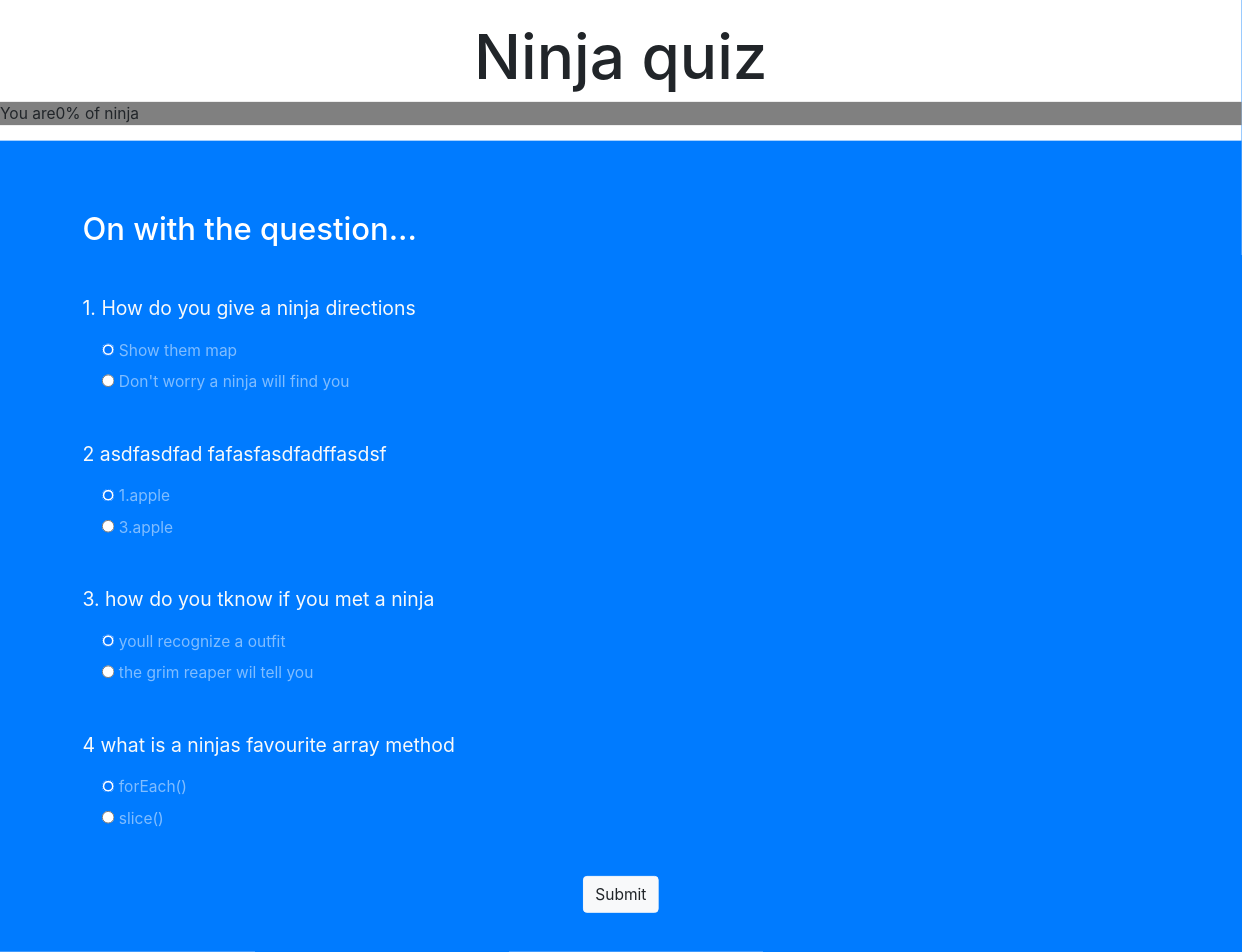
Repository: ajgors/config
Page: Nauka Js/Projekty/Quiz/index.html
The author's editor kept a copy of each file at every save. The page is drawn from the files as they stood at one save, then again after the next save.
The browser window is 1280 px wide. The pictures show the whole page, at 97% of full size.

Above is the page before, as saved 2019-08-11 18:14:08.

After the next save:
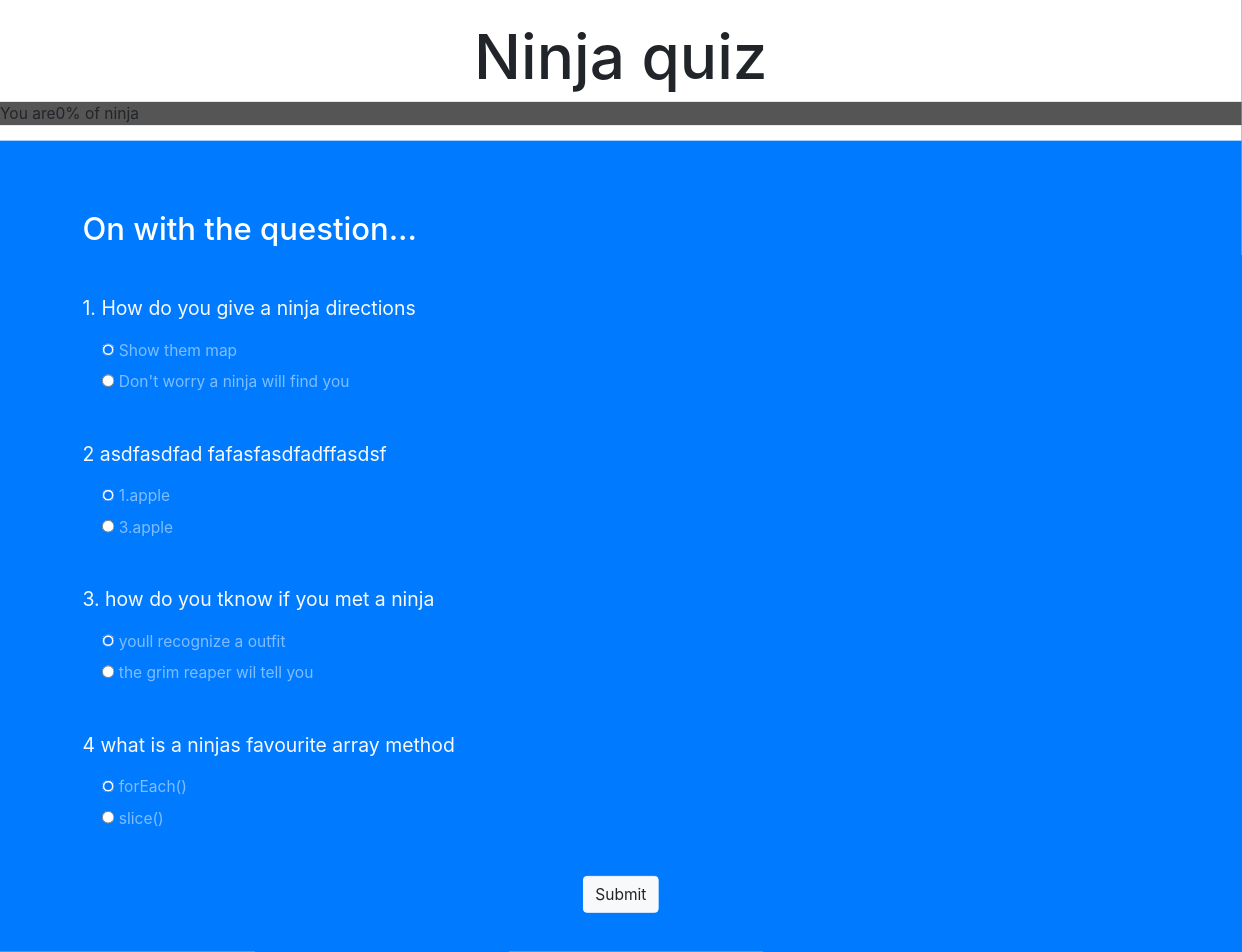
Saved 7 s later.
--- a/Nauka Js/Projekty/Quiz/css.css
+++ b/Nauka Js/Projekty/Quiz/css.css
@@ -5,5 +5,5 @@
 }
 
 .result{
-    background-color: grey;
+    background-color: #555555;
 }
